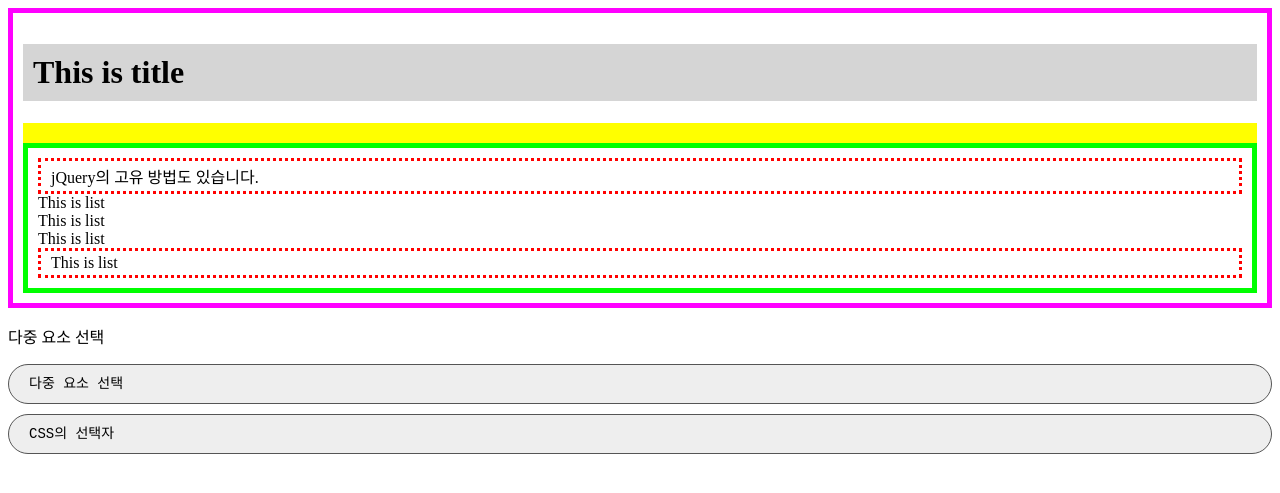
Repository: chaejunho689/bitcamp
Page: jQuery/src/main/webapp/01_hellojQuery/exam05.html
An editor plug-in stored every save of this project. The page is shown before and after the next save, followed by the edit.
The browser window is 1280 px wide. The pictures show the whole page.

Above is the page before, as saved 2024-08-22 05:31:37.

After the next save:
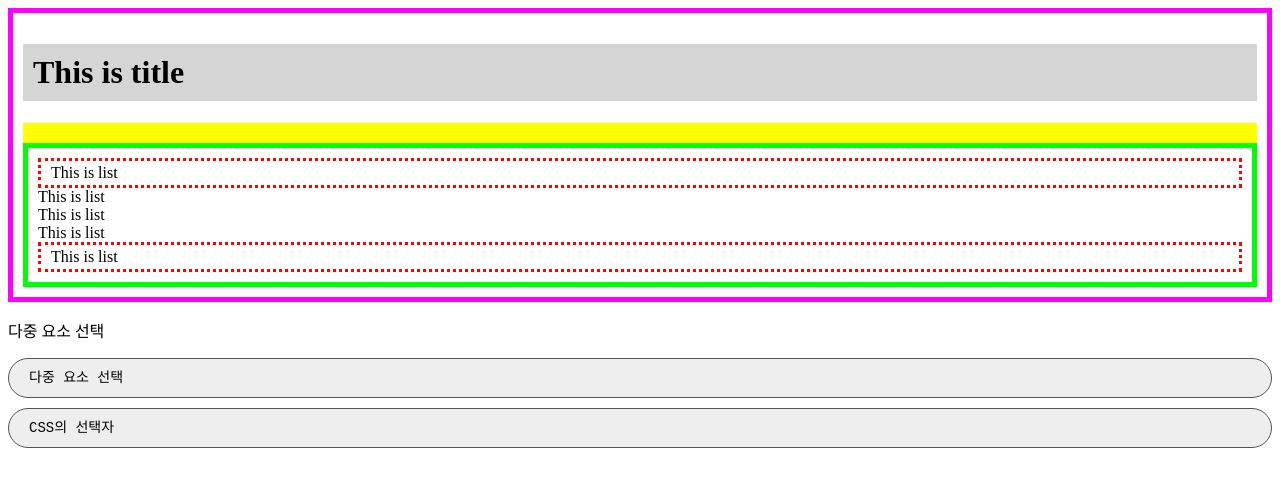
Saved 62 s later.
--- a/jQuery/src/main/webapp/01_hellojQuery/exam05.html
+++ b/jQuery/src/main/webapp/01_hellojQuery/exam05.html
@@ -74,6 +74,8 @@ $(function(){
 
 	$('p, pre').html('다중 요소 선택')
 	$('pre[name="source"]').html("CSS의 선택자");
+
+	$('ul > li:first-child').html('This is list');
 });
 </script>
 
